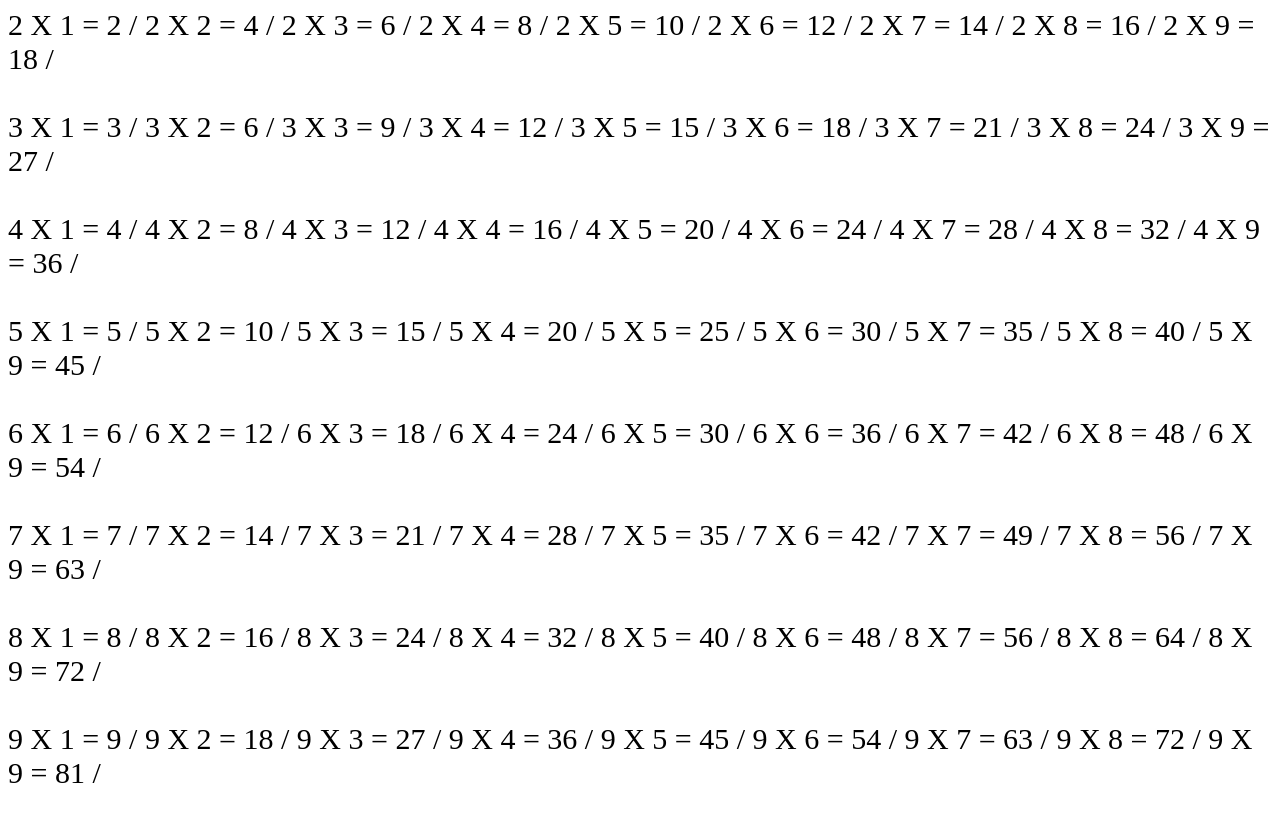
Repository: kkw3202/Jsp2026
Page: http://localhost/chapter01/test02.jsp
An editor plug-in stored every save of this project. The page is shown before and after the next save, followed by the edit.
The browser window is 1280 px wide. The pictures show the whole page.
The page is served by Tomcat 9.

Above is the page before, as saved 2026-10-16 02:38:56.

After the next save:
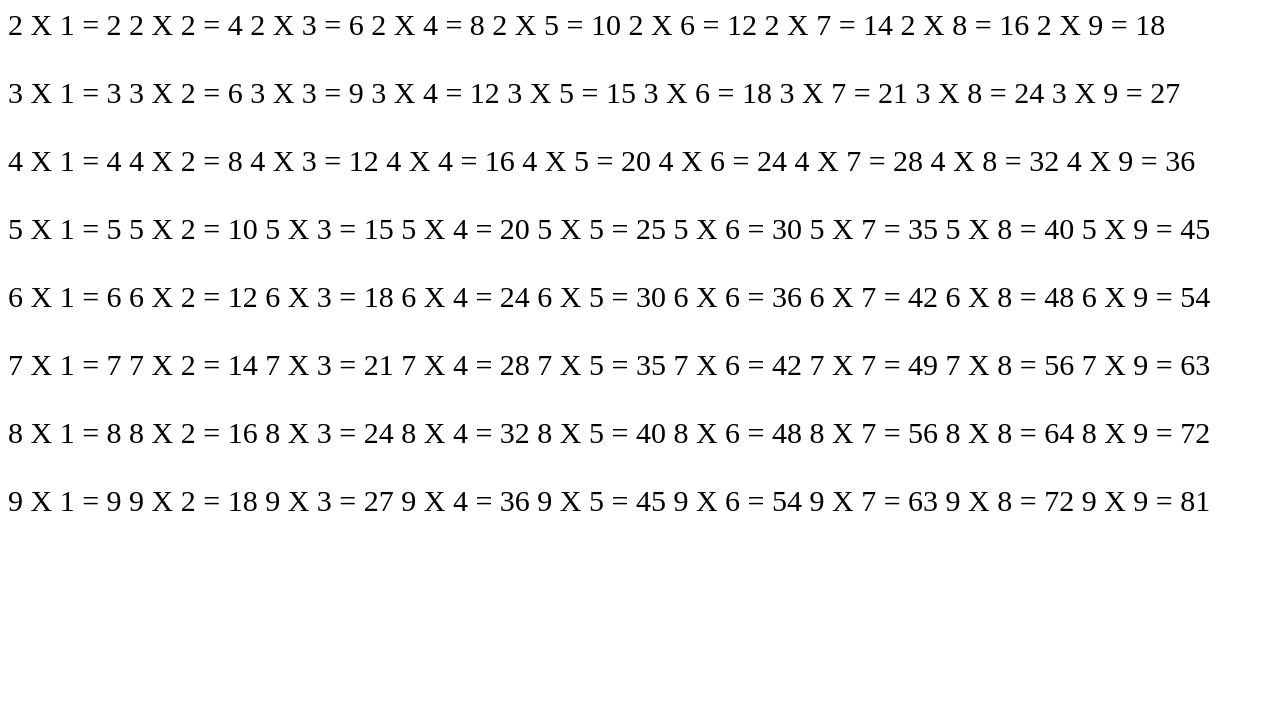
Saved 29 s later.
--- a/chapter01/src/main/webapp/test02.jsp
+++ b/chapter01/src/main/webapp/test02.jsp
@@ -20,7 +20,7 @@
 			for(int j = 1; j<10; j++){
 				prt = row*j;
 	%>
-	<%= row + " X " + j + " = " + prt + " / " %>
+	<%= row + " X " + j + " = " + prt + "    " %>
 	<%
 			}
 			row++;

After the save that followed:
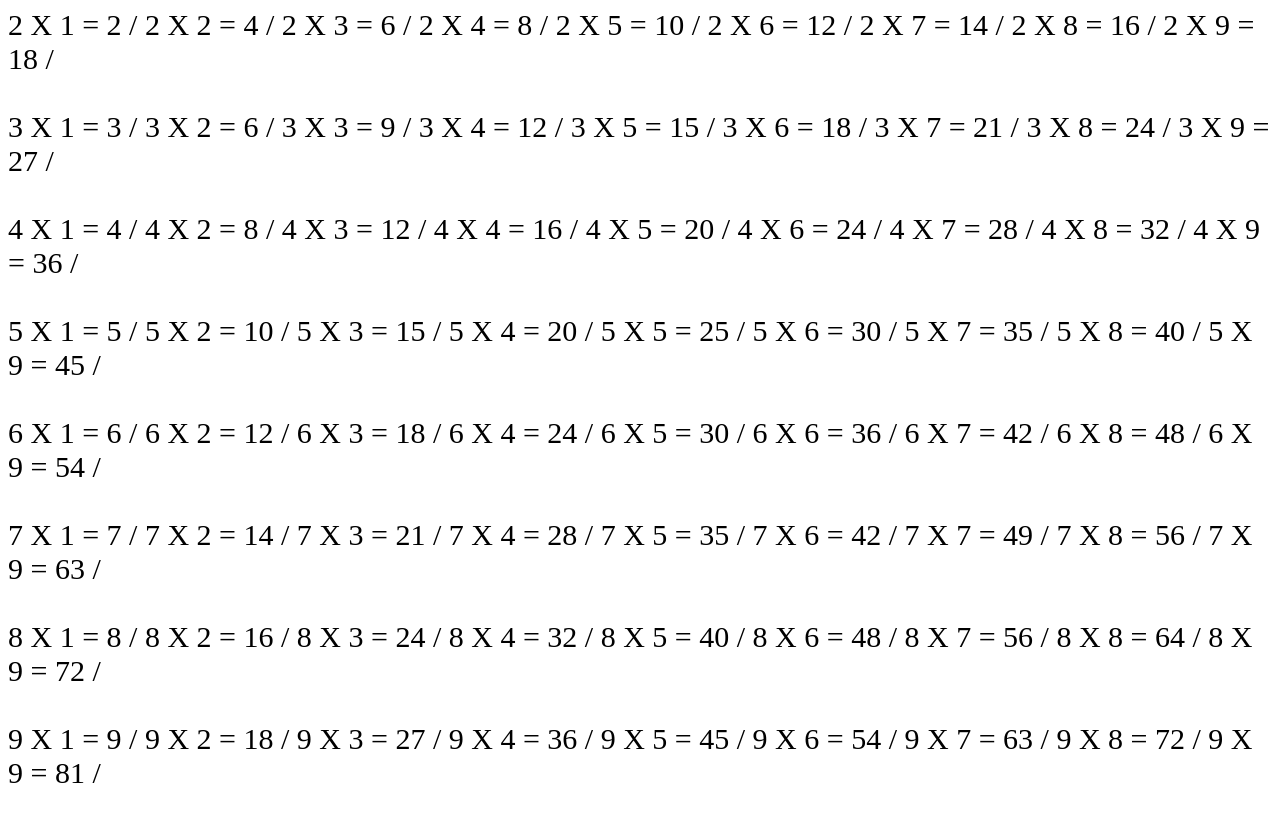
Saved 35 s later.
--- a/chapter01/src/main/webapp/test02.jsp
+++ b/chapter01/src/main/webapp/test02.jsp
@@ -20,7 +20,7 @@
 			for(int j = 1; j<10; j++){
 				prt = row*j;
 	%>
-	<%= row + " X " + j + " = " + prt + "    " %>
+	<%= row + " X " + j + " = " + prt + "  /  " %>
 	<%
 			}
 			row++;
